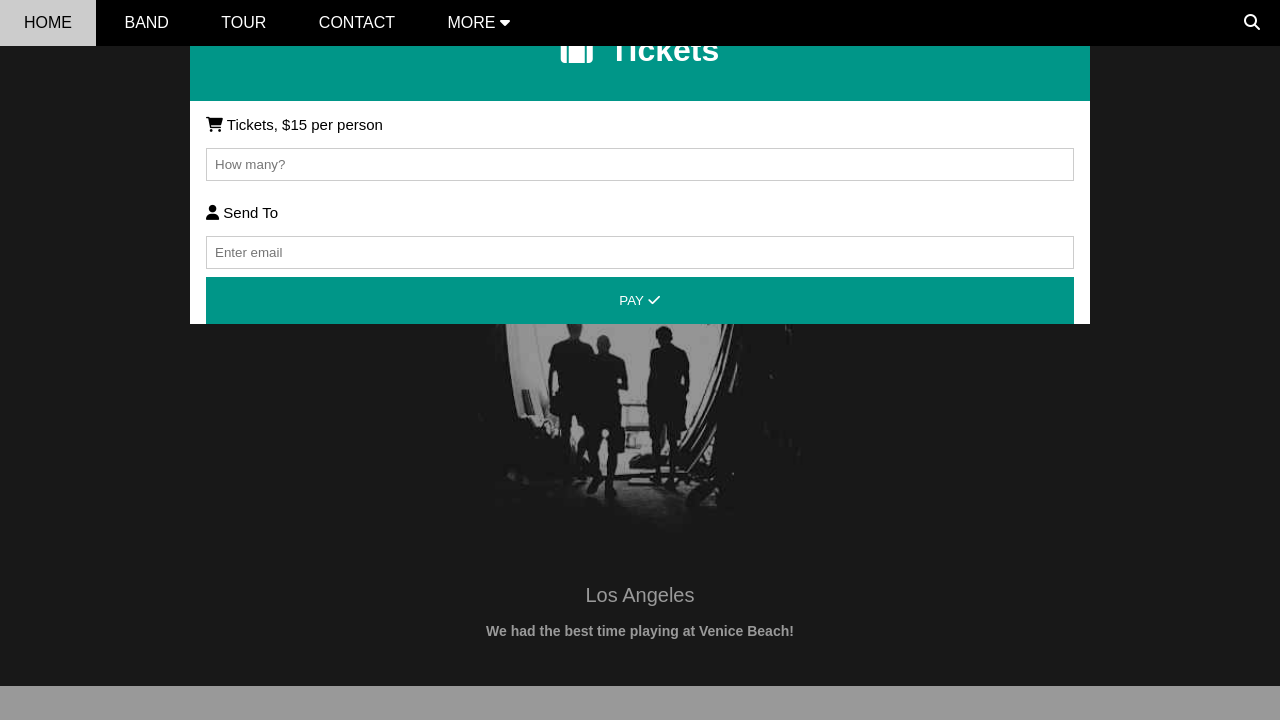
Repository: TranPhucThinh/clone-the-band
Page: index.html
The author's editor kept a copy of each file at every save. The page is drawn from the files as they stood at one save, then again after the next save.
The browser window is 1280 px wide. The pictures show the window.
A layer covers the whole window, so only the first screen is drawn. Some web libraries are served in a nearby version.

Above is the page before, as saved 2022-08-04 16:18:21.

After the next save:
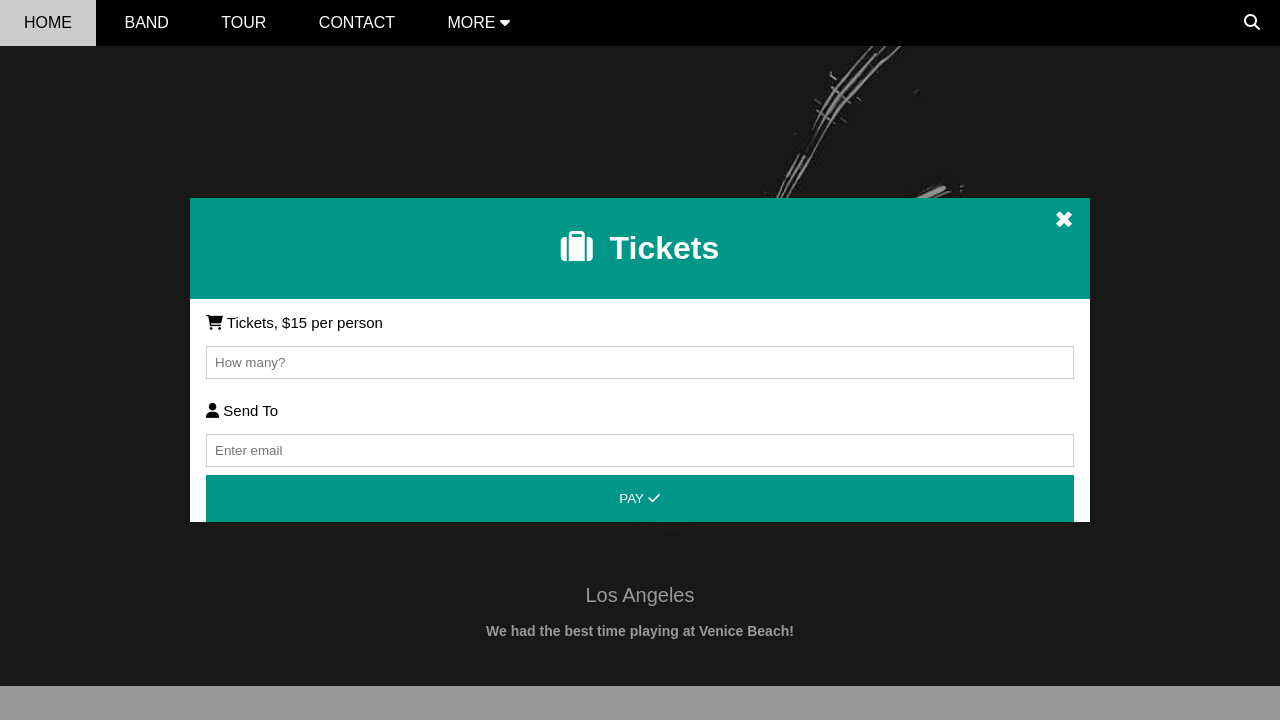
Saved 60 s later.
--- a/assets/style.css
+++ b/assets/style.css
@@ -356,7 +356,6 @@ html {
 .modal-container {
   width: 900px;
   margin: 0 auto;
-  min-height: 100vh;
 }
 
 .header-modal {
